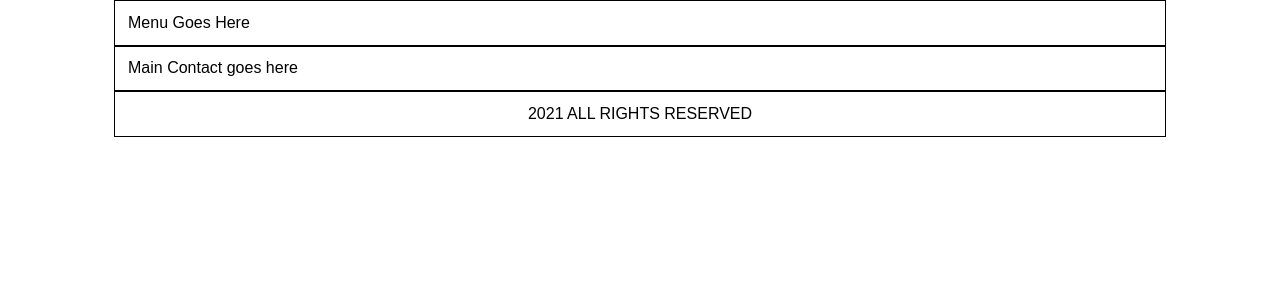
Repository: yazshrilld/food_order
Page: http://localhost/admin/index.php
An editor plug-in stored every save of this project. The page is shown before and after a run of saves, followed by the edit.
The browser window is 1280 px wide. The pictures show the whole page.
The page is run by PHP 8.4 with error messages shown; the project is at /var/www/html/.

Above is the page before, as saved 2021-01-24 16:07:04.

After the next 3 saves:
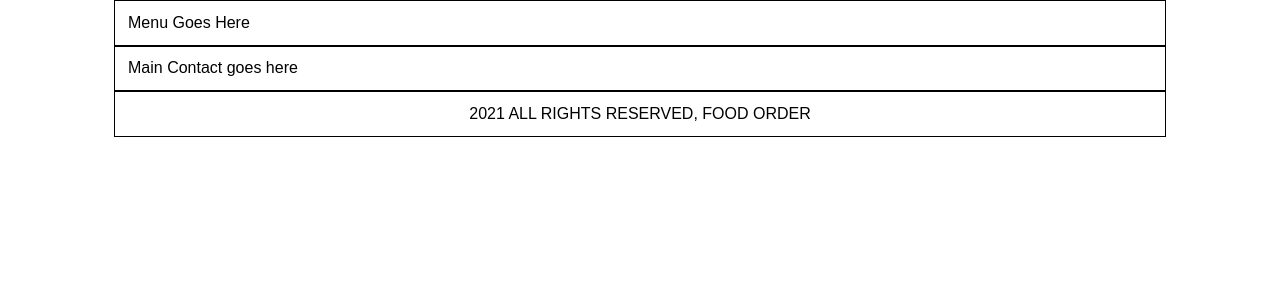
The 3 saves are shown as one change because they came seconds apart.
The last was saved 13 s later.
--- a/admin/index.php
+++ b/admin/index.php
@@ -23,7 +23,7 @@
         <!-- Footer Section Starts -->
             <div class="footer">
                 <div class="wrapper">
-                    <p class="text-center">2021 ALL RIGHTS RESERVED</p>
+                    <p class="text-center">2021 ALL RIGHTS RESERVED, FOOD ORDER</p>
                 </div>
             </div>
         <!-- Footer Section Ends -->
